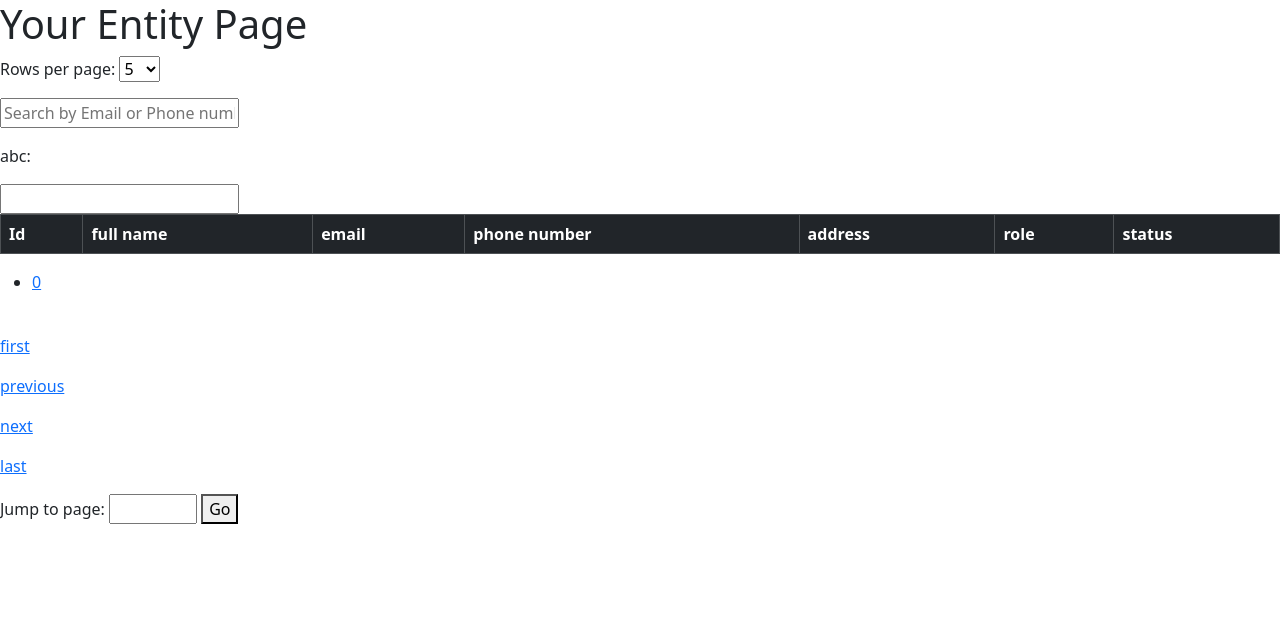
Repository: haitmq97/java-lab
Page: http://localhost/PRJ321x_Project1_haitmqfx22585/WEB-INF/views/page-list.jsp
These files come from the project's save history. The page is drawn as it stood at one moment and after the next save; the edit follows.
The browser window is 1280 px wide. The pictures show the whole page.
The page is served by Tomcat 9. Nobody is signed in. The template is opened directly, without the code that normally fills it, so the values that code supplies are empty.

Above is the page before, as saved 2024-01-13 19:55:09.

After the next save:
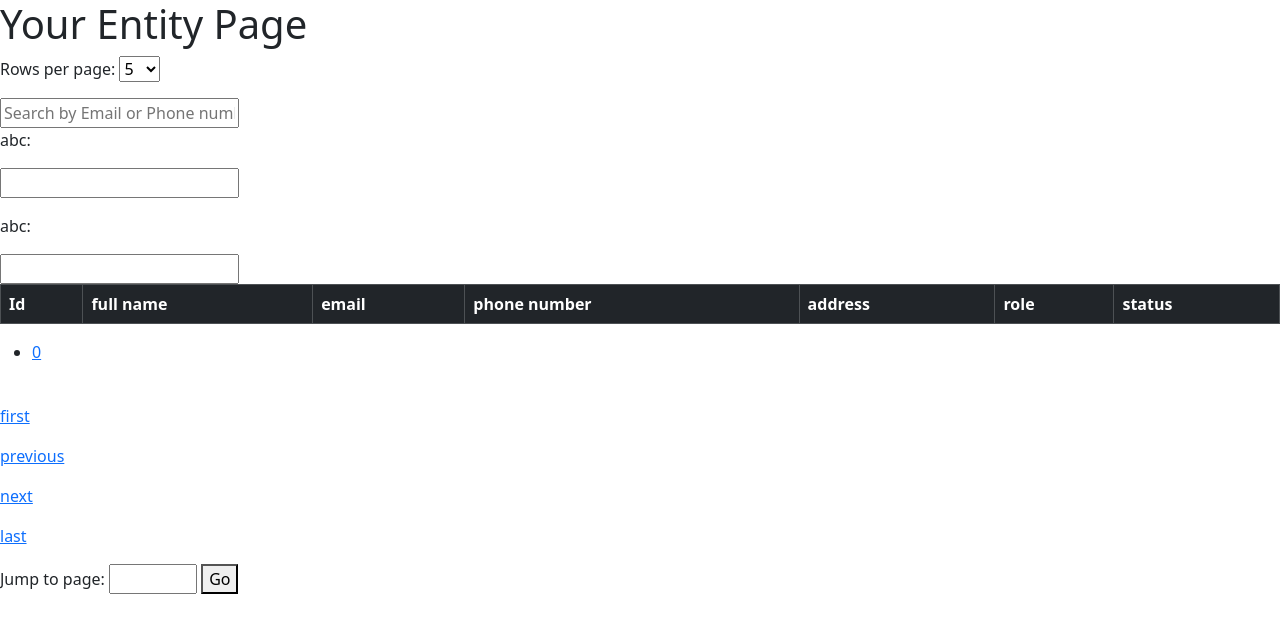
Saved 6 s later.
--- a/PRJ321x_Project1_haitmqfx22585/WebContent/WEB-INF/views/page-list.jsp
+++ b/PRJ321x_Project1_haitmqfx22585/WebContent/WEB-INF/views/page-list.jsp
@@ -48,7 +48,8 @@
 		<input type="text" name="searchInput"
 			placeholder="Search by Email or Phone number"
 			oninput="return changeVariable(this.value)"></input>
-
+ <p>abc:  </p>
+	<input type="text" id="a1"  name="searchingValue" value="${searchingValue}"></input>
 		<noscript>
 			<input type="submit" value="Submit">
 		</noscript>

After the save that followed:
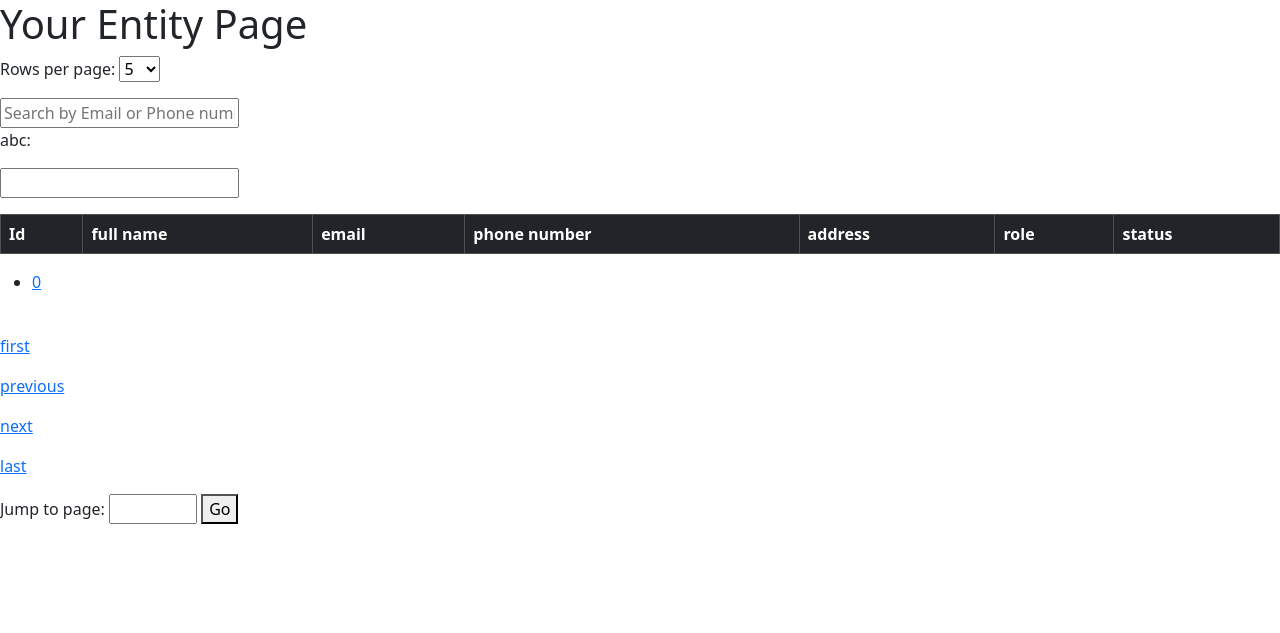
Saved 2 min 11 s later.
--- a/PRJ321x_Project1_haitmqfx22585/WebContent/WEB-INF/views/page-list.jsp
+++ b/PRJ321x_Project1_haitmqfx22585/WebContent/WEB-INF/views/page-list.jsp
@@ -55,8 +55,7 @@
 		</noscript>
 
 	</form>
-	<p>abc:  </p>
-	<input type="text" id="a1"  name="searchingValue" value="${searchingValue}"></input>
+
 
 
 	<%-- customer list --%>
